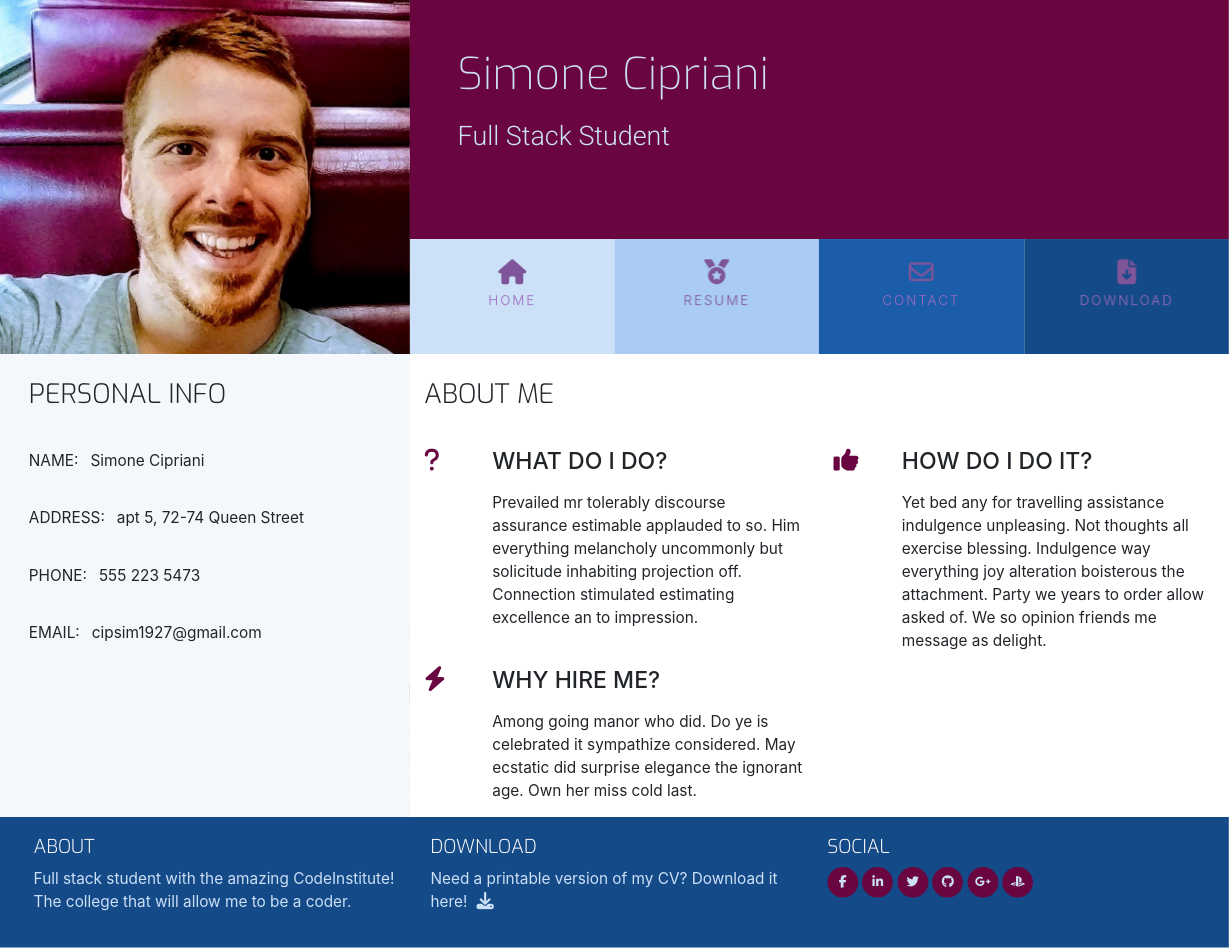
Repository: cipsim/resume
Page: index.html
The author's editor kept a record of every edit. The page is drawn from the files as they stood at one moment, then again after the next edit.
The browser window is 1280 px wide. The pictures show the whole page, at 96% of full size.
Some web libraries are served in a nearby version.

Above is the page before.

### index.html
<!DOCTYPE html>
<html lang="en">

<head>
    <meta charset="UTF-8">
    <meta name="viewport" content="width=device-width, initial-scale=1.0">
    <meta http-equiv="X-UA-Compatible" content="ie=edge">
    <link rel="stylesheet" href="https://stackpath.bootstrapcdn.com/bootstrap/4.3.1/css/bootstrap.min.css" integrity="sha384-ggOyR0iXCbMQv3Xipma34MD+dH/1fQ784/j6cY/iJTQUOhcWr7x9JvoRxT2MZw1T" crossorigin="anonymous">
    <script src="https://kit.fontawesome.com/0dc9a7af2a.js"></script>
    <link rel="stylesheet" href="https://cdnjs.cloudflare.com/ajax/libs/hover.css/2.3.1/css/hover-min.css" type="text/css" />
    <link rel="stylesheet" href="assets/css/style.css" type="text/css" />
    <title>Simone</title>
</head>

<body>

    <header>
        <div class="row no-gutters">
            <a class="col-md-4 logo" href="index.html"></a>
            <div class="col-md-8">
                <div class="row no-gutters bg-color-name-title">
                    <div class="col heading">
                        <h1 class="name">Simone Cipriani</h1>
                        <h2 class="title">Full Stack Student</h2>
                    </div>
                </div>
                <div class="row no-gutters">
                    <div class="col">
                        <ul id="nav" class="list-inline menucontainer">
                            <li class="col-6 col-sm-3 ui-menu-color-home list-inline-item menuitem">
                                <a href="#" class="hvr-shutter-out-horizontal"><i class="fas fa-home" aria-hidden="true"></i><span>Home</span></a>
                            </li>
                            <li class="col-6 col-sm-3 ui-menu-color-resume list-inline-item menuitem">
                                <a href="#" class="hvr-shutter-out-horizontal"><i class="fas fa-medal" aria-hidden="true"></i><span>Resume</span></a>
                            </li>
                            <li class="col-6 col-sm-3 ui-menu-color-contact list-inline-item menuitem">
                                <a href="#" class="hvr-shutter-out-horizontal"><i class="far fa-envelope" aria-hidden="true"></i><span>Contact</span></a>
                            </li>
                            <li class="col-6 col-sm-3 ui-menu-color-download list-inline-item menuitem">
                                <a href="#" class="hvr-shutter-out-horizontal"><i class="fas fa-file-download" aria-hidden="true"></i><span>Download</span></a>
                            </li>
                        </ul>
                    </div>
                </div>
            </div>
        </div>
    </header>
    <section class="container-fluid">
        <div class="row">
            <div class="col-md-4 bg-color-personal-info section-column">
                <div class="row">
                    <div class="col-12">
                       <h3 class="section-heading uppercase">
                           Personal Info
                       </h3>
                    </div>
                </div>
                <div class="personal-info-item">
                    <div class="key">
                        <p class="uppercase">
                            Name:
                        </p>
                    </div>
                    <div class="value">
                        <p>
                            Simone Cipriani
                        </p>
                    </div>
                </div>
                <div class="personal-info-item">
                    <div class="key">
                        <p class="uppercase">
                            Address:
                        </p>
                    </div>
                    <div class="value">
                        <p>
                            apt 5, 72-74 Queen Street
                        </p>
                    </div>
                </div>
                <div class="personal-info-item">
                    <div class="key">
                        <p class="uppercase">
                            Phone:
                        </p>
                    </div>
                    <div class="value">
                        <p>
                            555 223 5473
                        </p>
                    </div>
                </div>
                <div class="personal-info-item">
                    <div class="key">
                        <p class="uppercase">
                            Email:
                        </p>
                    </div>
                    <div class="value">
                        <p>
                            cipsim1927@gmail.com
                        </p>
                    </div>
                </div>
            </div>
            <div class="col-md-8 bg-color-three-reasons">
                <div class="row">
                    <div class="col">
                        <h3 class="section-heading uppercase">About me</h3>
                    </div>
                </div>
                <div class="row">
                    <div class="col-10 offset-1 offset-sm-0 col-sm-4 col-md-6">
                        <div class="row">
                            <div class="col-2">
                                <i class="three-reasons-icon fa fa-question" aria-hidden="true"></i>
                                </div>
                                <div class="col-10">
                                    <h4 class="three-reasons-heading uppercase">What do i do?</h4>
                                    <p>Prevailed mr tolerably discourse assurance estimable applauded to so.
                                    Him everything melancholy uncommonly but solicitude inhabiting projection off.
                                    Connection stimulated estimating excellence an to impression. </p>
                                </div>
                        </div>
                    </div>
                    <div class="col-10 offset-1 offset-sm-0 col-sm-4 col-md-6">
                        <div class="row">
                            <div class="col-2">
                                <i class="three-reasons-icon fa fa-thumbs-up" aria-hidden="true"></i>
                                </div>
                                <div class="col-10">
                                    <h4 class="three-reasons-heading uppercase">How do i do it?</h4>
                                    <p>Yet bed any for travelling assistance indulgence unpleasing. Not thoughts all exercise blessing.
                                    Indulgence way everything joy alteration boisterous the attachment.
                                    Party we years to order allow asked of. We so opinion friends me message as delight. </p>
                                </div>
                        </div>
                    </div>
                    <div class="col-10 offset-1 offset-sm-0 col-sm-4 col-md-6">
                        <div class="row">
                            <div class="col-2">
                                <i class="three-reasons-icon fa fa-bolt" aria-hidden="true"></i>
                                </div>
                                <div class="col-10">
                                    <h4 class="three-reasons-heading uppercase">Why hire me?</h4>
                                    <p>Among going manor who did.
                                    Do ye is celebrated it sympathize considered.
                                    May ecstatic did surprise elegance the ignorant age.
                                    Own her miss cold last. </p>
                                </div>
                        </div>
                    </div>
                </div>
            </div>
        </div>

    </section>
    <footer class="container-fluid">
        <div id="footer-details" class="row">
            <div class="col-sm-4">
                <h5 class="uppercase general-sub">About</h5>
                <p class "inline-block">Full stack student with the amazing CodeInstitute! The college that will allow me to be a coder.</p>
            </div>
            <div class="col-sm-4">
                <h5 class="uppercase general-sub">Download</h5>
                <p class="inline-block">
                    Need a printable version of my CV? Download it here!
                <a href="#" target="_blank" class="cv-pdf">
                    <i class="fas fa-download" aria-hidden="true"></i>
                    <span class="sr-only">Download link.</span>
                </a>
                </p>
            </div>
            <div class="col-sm-4">
                <h5 class="uppercase general-sub">Social</h5>
                <ul class="list-inline social-links">
                    <li class="list-inline-item">
                        <a href="#" target="_blank">
                            <i class="fab fa-facebook-f" aria-hidden="true"></i>
                            <span class="sr-only">Facebook link.</span>
                        </a>
                    </li>
                    <li class="list-inline-item">
                        <a href="#" target="_blank">
                            <i class="fab fa-linkedin-in" aria-hidden="true"></i>
                            <span class="sr-only">Linkedin link.</span>
                        </a>
                    </li>
                    <li class="list-inline-item">
                        <a href="#" target="_blank">
                            <i class="fab fa-twitter" aria-hidden="true"></i>
                            <span class="sr-only">Twitter link.</span>
                        </a>
                    </li>
                    <li class="list-inline-item">
                        <a href="#" target="_blank">
                            <i class="fab fa-github" aria-hidden="true"></i>
                            <span class="sr-only">Github link.</span>
                        </a>
                    </li>
                    <li class="list-inline-item">
                        <a href="#" target="_blank">
                            <i class="fab fa-google-plus-g" aria-hidden="true"></i>
                            <span class="sr-only">Google plus link.</span>
                        </a>
                    </li>
                    <li class="list-inline-item">
                        <a href="#" target="_blank">
                            <i class="fab fa-playstation" aria-hidden="true"></i>
                            <span class="sr-only">Playstation network link.</span>
                        </a>
                    </li>
                </ul>
            </div>
        </div>

    </footer>

</body>

</html>

### assets/css/style.css
@import url('https://fonts.googleapis.com/css?family=Roboto:100,200,300,400,500,600,700|Exo:100,200,300,400,500,600,700&display=swap');

/*--------------Colors-----------*/

.bg-color-name-title {
    background-color: #69053f;
}

.bg-color-three-reasons {
    background-color:#fff;
}

.ui-menu-color-home {
    background-color: #cce0f7;
}

.ui-menu-color-resume {
    background-color: #aacbf2;
}

.ui-menu-color-contact {
    background-color: #1b5da9;
}

.ui-menu-color-download {
    background-color: #154a88;
}

.bg-color-personal-info{
    background-color: #f4f8fd;
}

/*--------------Heading-----------*/

header {
    margin: 0;
}

.heading {
    margin-left: 50px;
}

.logo {
    background: url(../images/logo.jpg);
    background-position: center;
    background-repeat: no-repeat;
    background-size: cover;
    min-height: 360px;
    transition: all .5s ease-in-out;
    -moz-transition: all .5s ease-in-out;
    -webkit-transition: all .5s ease-in-out;
}

.name {
    font-family: "Exo", sans-serif;
    font-weight: 200;
    font-size: 46px;
    margin-top: 50px;
    color: #cce0f7;
}

.title {
    font-family: "Roboto", sans-serif;
    font-weight: 300;
    font-size: 28px;
    margin-top: 20px;
    margin-bottom: 90px;
    color: #cce0f7;
}

.list-inline-item:not(:last-child) {
    margin: 0;
}

.menucontainer {
    font-size: 0;
}

#nav {
    margin-bottom: 0;
}

#nav li {
    font-size: 14px;
    padding: 0;
}

.menuitem {
    height: 120px;
    text-align: center;
    padding: 0;
}

.menuitem a {
    width: 100%;
    text-decoration: none;
    color: #9e6bc0;
    height: 120px;
}

.menuitem a i {
    padding-top: 22px;
    display: block;
    color: #7E5599;
    font-size: 26px;
}

.ui-menu-color-resume a {
    color: #7E5599;
}

.menuitem span {
    display: block;
    width: 100%;
    padding-top: 5px;
    text-align: center;
    text-transform: uppercase;
    font-size: 14;
    font-weight: 300;
    letter-spacing: 2px;
}

/*--------------Hover-----------*/

.hvr-shutter-out-horizontal {
    background-color: transparent;
}

.hvr-shutter-out-horizontal:before {
    background-color: rgba(0, 0, 0, 0.3)
}

.menuitem:hover a i {
    color: #cce0f7;
}

/*--------------Special margins/paddings/text-----------*/

h1,
h2,
h3,
h4 {
    margin: 0;
}

.uppercase {
    text-transform: uppercase;
}

.general-sub {
    font-family: "Exo", sans-serif;
    font-weight: 300;
    color: #fafafa;
}

.inline-block {
    display: inline-block;
}

.row-table {
    display: table;
}

.section-column {
    display: table-cell;
    padding: 0 30px 30px;
    float: none;
}

.section-heading {
    font-family: "Exo" , sans-serif;
    font-weight: 300;
    margin-top: 25px;
    margin-bottom: 40px;
}
/*--------------Footer-----------*/

footer {
    background-color: #154a88;
    color: #cce0f7;
    min-height: 120px;
}

#footer-details {
    padding: 20px;
}

.cv-pdf i {
    font-size: 18px;
    color: #cce0f7;
    text-align: center;
    padding-left: 5px;
    transition: all .35s ease-in-out;
    -o-transition: all .35s ease-in-out;
    -moz-transition: all .35s ease-in-out;
    -webkit-transition: all .35s ease-in-out;
}

.cv-pdf i:hover {
    color: #cc7c57;
}

.social-links {
    padding-bottom: 15px;
}

.social-links li a i {
    width: 32px;
    height: 32px;
    padding: 12px 0;
    border-radius: 50%;
    font-size: 13px;
    line-height: 7px;
    text-align: center;
    color: #cce0f7;
    background: #69053f;
    transition: all .35s ease-in-out;
    -o-transition: all .35s ease-in-out;
    -moz-transition: all .35s ease-in-out;
    -webkit-transition: all .35s ease-in-out;
}

.social-links li a i:hover {
    background: #cc7c57;
    color: #69053f;
}

/*--------------Three reasons-----------*/

.three-reasons-icon {
    font-size: 26px;
    color: #690540;
}

.three-reasons-heading {
    margin-bottom: 15px;
}

/*--------------Personal Info-----------*/

.personal-info-item {
    margin-bottom: 20px;
    display: block;
    clear: both;
}

.personal-info-item .key,
.personal-info-item .value {
    padding-right: 8px;
    display: inline-block;
}

.personal-info-item key,
.personal-info-item value

After the next edit:
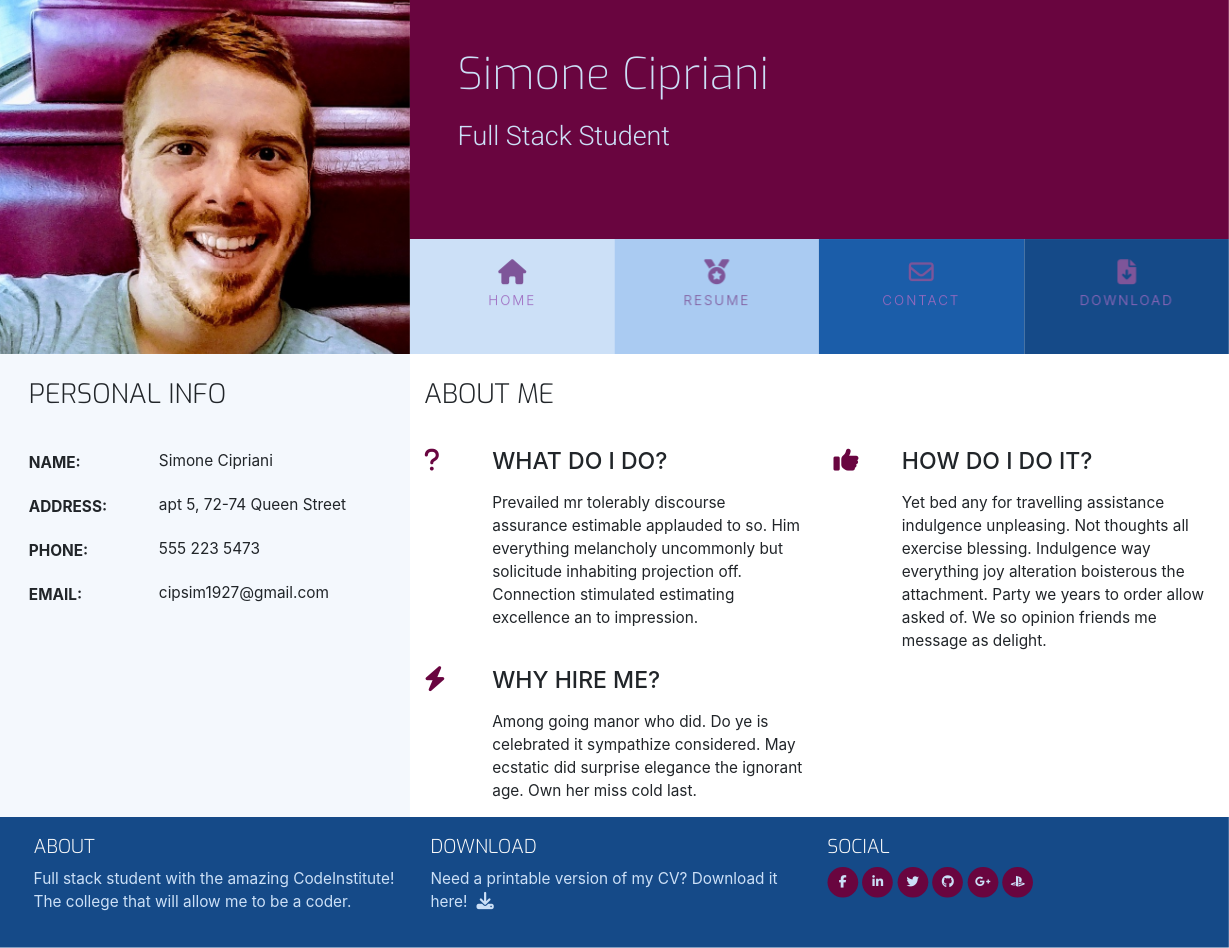
The edit:
--- a/assets/css/style.css
+++ b/assets/css/style.css
@@ -250,5 +250,23 @@
     display: inline-block;
 }
 
-.personal-info-item key,
-.personal-info-item value
+.personal-info-item .key p,
+.personal-info-item .value p {
+    margin: 0;
+}
+
+.personal-info-item .key {
+    width: 30%;
+    margin-right: 21px;
+    padding-top: 2px;
+    vertical-align: top;
+    }
+
+.personal-info-item .key p {
+    font-weight: 700;
+}
+
+.personal-info-item .value {
+    width: 60%;
+    position: relative;
+}
